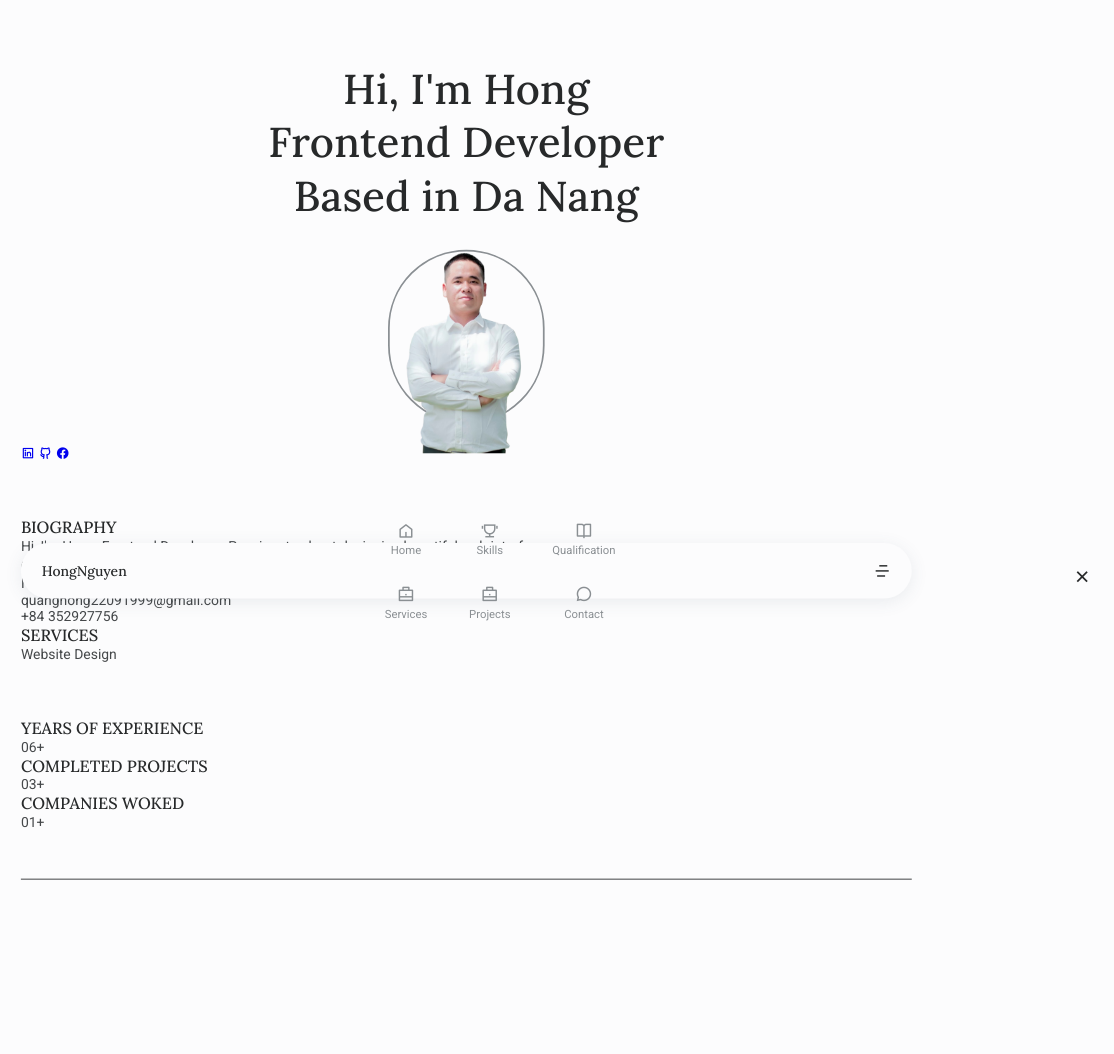
Repository: hnguyeng/myportfoliohongnguyen
Page: index.html
An editor plug-in stored every save of this project. The page is shown before and after the next save, followed by the edit.
The browser window is 1280 px wide. The pictures show the whole page, at 87% of full size.
Some web libraries are served in a nearby version.

Above is the page before, as saved 2023-07-17 13:42:55.

After the next save:
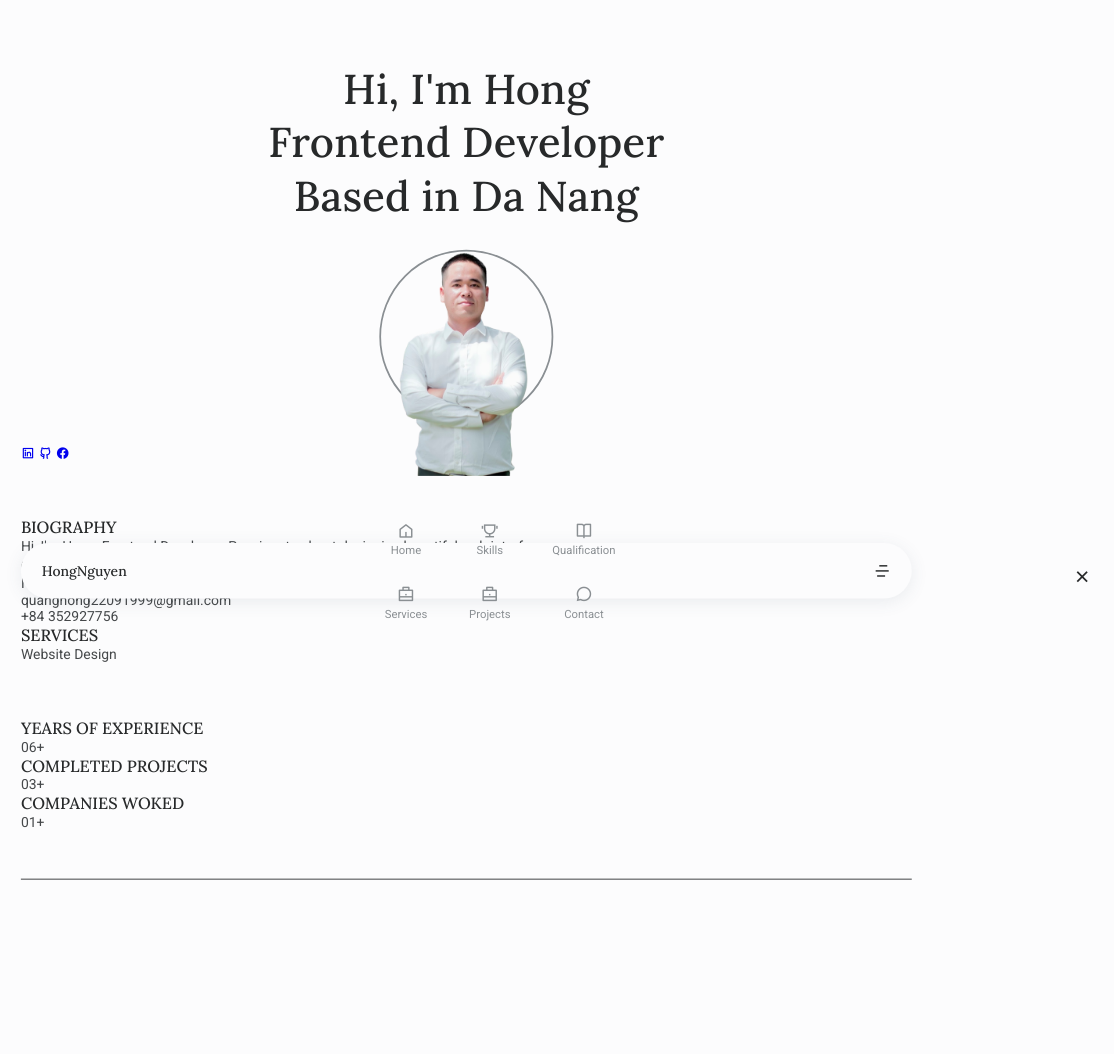
Saved 12 s later.
--- a/assets/css/style.css
+++ b/assets/css/style.css
@@ -205,7 +205,7 @@ img{
 }
 .home__blob{
     position: relative;
-    width: 180px;
+    width: 200px;
     height: 200px;
     background-color: var(--body-color);
     border: 2px solid var(--text-color-light);
